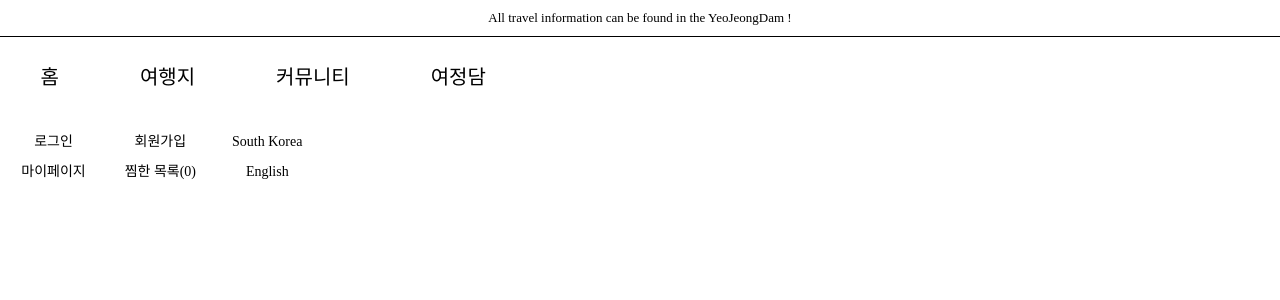
Repository: gaeunlee95/semi
Page: http://localhost/semi/main.jsp
An editor plug-in stored every save of this project. The page is shown before and after the next save, followed by the edit.
The browser window is 1280 px wide. The pictures show the whole page.
The page is served by Tomcat 9.

Above is the page before, as saved 2023-12-06 17:01:46.

### semi/src/main/webapp/main.jsp
<%@ page language="java" contentType="text/html; charset=UTF-8"
    pageEncoding="UTF-8"%>
<!DOCTYPE html>
<html>
<head>
<meta charset="UTF-8">
<title>메인 페이지</title>
<link rel="stylesheet" href="resources/css/style.css">
<style>
/* *{
	color: blue;
} */
</style>
</head>
<body>
	<jsp:include page="header.jsp" />
</body>
</html>

### semi/src/main/webapp/header.jsp
<%@ page language="java" contentType="text/html; charset=UTF-8"
    pageEncoding="UTF-8"%>
<%@ taglib uri="http://java.sun.com/jsp/jstl/core" prefix="c" %>
<header>
	<div id = "header">
		<div id="welcome">
			<p>All travel information can be found in the YeoJeongDam !</p>
		</div>
		<nav>
		<div id="menu">
			<div id="mainMenu">
				<ul>
					<li><a href="#">홈</a></li>
					<li><a href="#">여행지</a></li>
					<li><a href="#">커뮤니티</a></li>
					<li><a href="#">여정담</a></li>
				</ul>
			</div>
			<div id="sideMenu">
				<ul id="sideMenu_1">
					<li><a href="#">로그인</a></li>
					<li><a href="#">회원가입</a></li>
					<li><a href="#">South Korea</a></li>
				</ul>
				<ul id="sideMenu_2">
					<li><a href="#">마이페이지</a></li>
					<li><a href="#">찜한 목록(0)</a></li>
					<li><a href="#">English</a></li> <!-- 스크롤로 언어(영어/한국) 선택 -->
				</ul>
			</div>
		</div>
		</nav>
	</div>





  <%-- <nav>
  <c:choose>
    <c:when test="${empty sessionId}">
	    <ul id="topMenu">
	  	  <li><a href="/loginform.do">로그인</a></li>
	  	  <li><a href="/joinform.do">회원가입</a></li>
	  	  <li><a href="/boardlist.do">게시판</a></li>
	  	  <li><a href="/memberlist.do">회원목록</a></li>
	  	</ul>
    </c:when>
    <c:otherwise>
    	<ul id="topMenu">
	  	  <li><a href="/logout.do">(${sessionId}님)로그아웃</a></li>
	  	  <li><a href="/memberview.do?id=${sessionId}">나의 정보</a></li>
	  	  <li><a href="/boardlist.do">게시판</a></li>
	  	  <li><a href="/memberlist.do">회원 목록</a></li>
	  	</ul>
    </c:otherwise>
   </c:choose>
  </nav> --%>
</header>

### semi/src/main/webapp/resources/css/style.css
@charset "UTF-8";
/* 공통 스타일 */
*{margin: 0; padding: 0;}
#container{width: 1024px; margin: 30px auto 100px;}
ul li{list-style: none;}
a{text-decoration: none; color: black;}

/* header 스타일 */
header{
	/*width : 1024px;*/
	width: 100%;
	margin : 0 auto;
}
header #welcome{
	text-align: center;
	border-bottom: 1px solid black;
}
header #welcome p{
	padding: 10px 0;
	font-size: 13px;
}
header nav div{	/*각 mainMenu, sideMenu div에 float를 주어 가로정렬*/ /*nav에 float 주면 가로정렬 되지 않음*/
	float: left;
}
header #mainMenu{
	/*width: 700px;*/
	width: 100%;
	line-height: 80px;
}
header #mainMenu ul{
	display: flex;
	justify-content: space-around;
}
header #mainMenu li{
	font-size: 20px;
	color: black;
	/*padding: 0 59px;*/ /* 60px일시, 웹상의 화면비율 조절 시 맨끝 li속성(여정담) 튀어나감 / 원인불명*/
}
header #sideMenu{
	width: 324px;
}
header #sideMenu_1 li a{
	padding-top: 10px;
}
header #sideMenu ul{
	line-height: 30px;
	display: flex;
}
header #sideMenu li{
	font-size: 14px;
	width: 33%;
}
header #sideMenu li a{
	display:flex;
	justify-content: center;
}
header #sideMenu #sideMenu_1 a{
	padding-top: 10px;
}
header #sideMenu #sideMenu_2 a{
	padding-bottom: 10px;
}

/* mainMenu의 경우, li 사이에 동일한 간격을 주기위해 padding 사용 */
/* sideMenu의 경우, padding으로 간격을 줄 시 아래위 li의 위치가 달라짐. 이에 li에 width와 flex요소를 주어 가운데 정렬 시킴 */

/* 구현 1 */
/* 헤더의 width 1024px에서 줄어들 경우, 각 li 사이의 거리 가까워짐*/

/* 구현 2 */
/* mainMenu의 각 li에 마우스 올릴 시, 전체 하위 카테고리 나옴 + 헤더부분의 배경색 변경됨 */
/* mainMenu의 각 li에 마우스 올릴 시, li에 italic, 밑줄표시 */
/* 하단 카테고리 선택 시, 연한 색상 -> 진한 색상으로 변경, italic, 밑줄표시*/

After the next save:
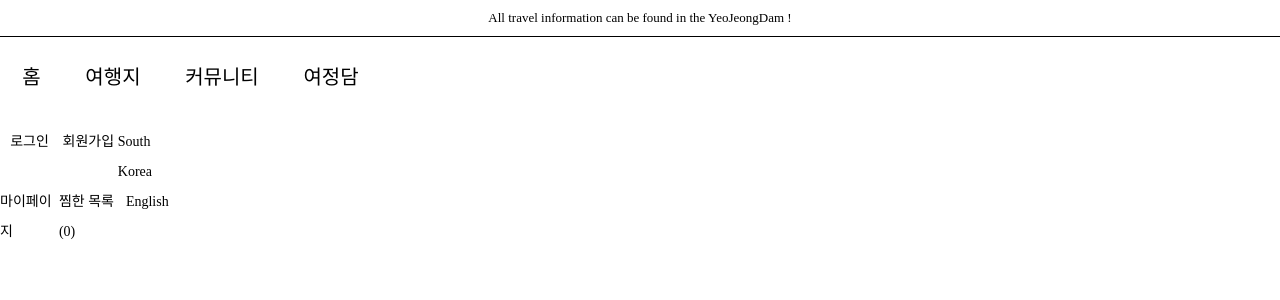
Saved 15 s later.
--- a/semi/src/main/webapp/resources/css/style.css
+++ b/semi/src/main/webapp/resources/css/style.css
@@ -34,10 +34,10 @@ header #mainMenu ul{
 header #mainMenu li{
 	font-size: 20px;
 	color: black;
-	/*padding: 0 59px;*/ /* 60px일시, 웹상의 화면비율 조절 시 맨끝 li속성(여정담) 튀어나감 / 원인불명*/
 }
 header #sideMenu{
-	width: 324px;
+
+	/*width: 324px;*/
 }
 header #sideMenu_1 li a{
 	padding-top: 10px;
